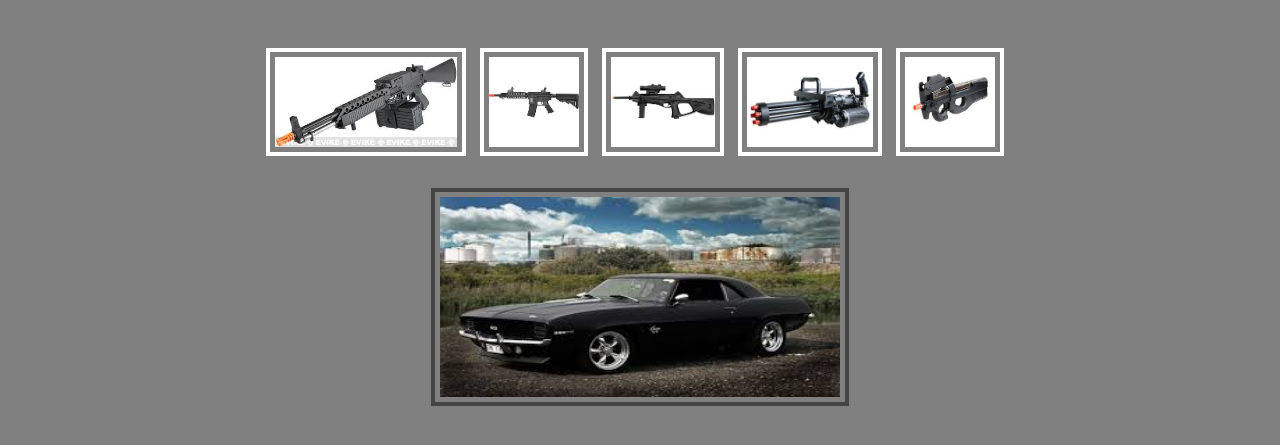
Repository: VladimirJetchev/JavaScriptHomework
Page: HomeworkJS/Task9JS/Task9JS.html
These files come from the project's save history. The page is drawn as it stood at one moment and after the next save; the edit follows.
The browser window is 1280 px wide. The pictures show the whole page.

Above is the page before, as saved 2016-01-11 19:34:22.

After the next save:
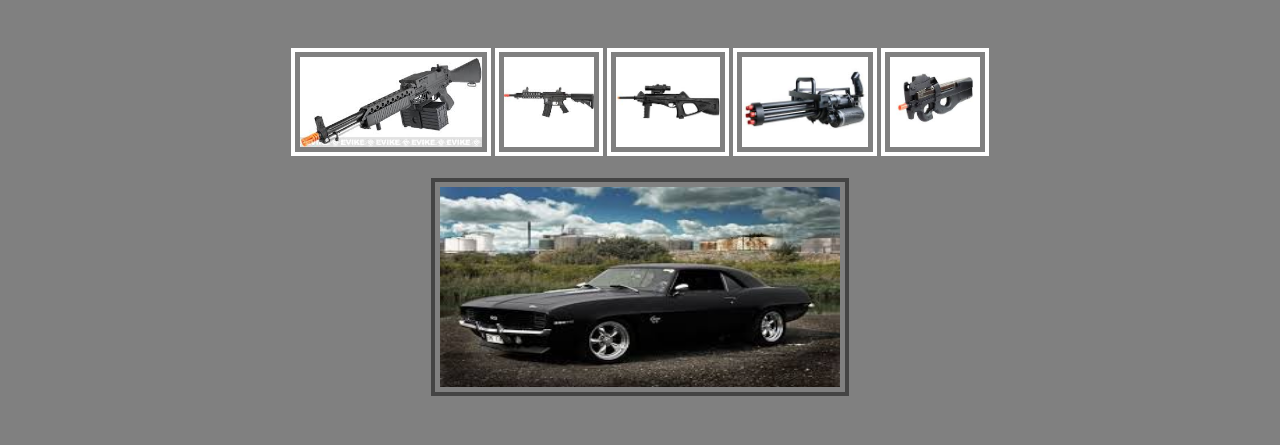
Saved 96 s later.
--- a/HomeworkJS/Task9JS/Task9.css
+++ b/HomeworkJS/Task9JS/Task9.css
@@ -14,7 +14,7 @@ a:hover {
 	height: 90px;
 	border: 4px solid #FFFFFF;
 	padding: 5px;
-	margin: 0 10px 10px 0;
+
 }
 
 .thumbnails img:hover {
